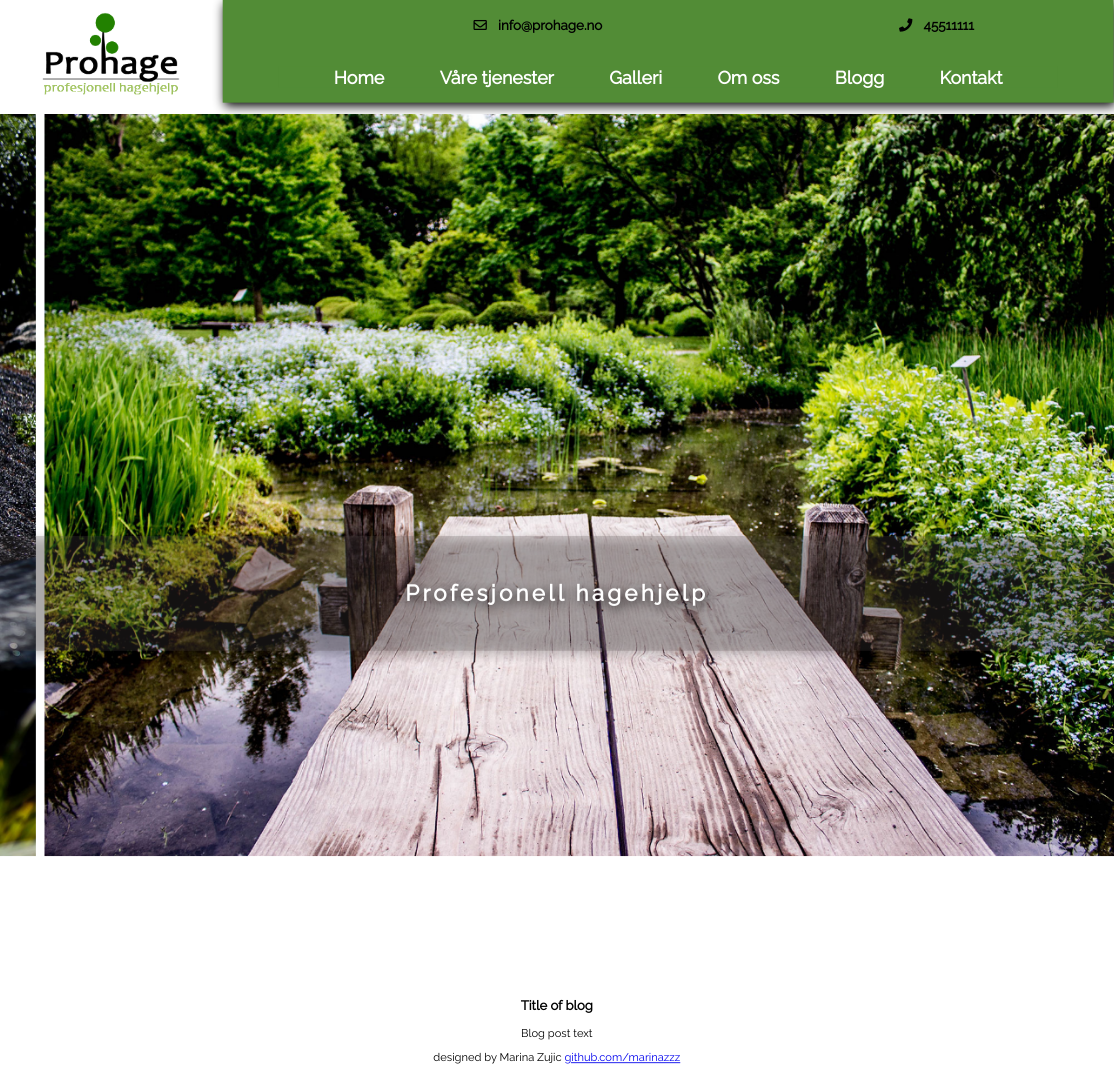
Repository: marinazzz/garden-design-website
Page: Garden design website/index.html
The author's editor kept a copy of each file at every save. The page is drawn from the files as they stood at one save, then again after the next save.
The browser window is 1280 px wide. The pictures show the whole page, at 87% of full size.

Above is the page before, as saved 2020-03-28 20:58:41.

### Garden design website/index.html
<!DOCTYPE html>
<html lang="nb">
<head>
    <title>Hagedesign Oslo</title>
    <link rel="stylesheet" type="text/css" href="CSS/fontawesome-free-5.12.1-web/css/all.min.css">
    <link rel="stylesheet" type="text/css" href="CSS/style.css"/>
    <link rel="stylesheet" type="text/css" href="CSS/min-width-768px.css">
    <link rel="stylesheet" type="text/css" href="CSS/min-width-992px.css">
    <link rel="stylesheet" href="https://cdnjs.cloudflare.com/ajax/libs/animate.css/3.7.2/animate.min.css">
    <link rel="stylesheet" type="text/css" href="PLUGINS/glide-master/dist/css/glide.core.min.css" />
    <link rel="stylesheet" type="text/css" href="PLUGINS/glide-master/dist/css/glide.theme.min.css" />
    <link href="https://fonts.googleapis.com/css?family=Raleway&display=swap" rel="stylesheet">
    <meta name="viewport" content="width=device-width, initial-scale=1" charset="UTF-8">
</head>
<body>
    <header class="header--white-green">
        <div class="container__menu--small container__menu "> <!--grid container-->
            <div class="container__logo"> <!--1.column-->
                <img class="logo"src="images/prohage black.png" alt="Prohage logo">
            </div>
            <div class="container__items--small container__items"> <!--2.column-->
                <div class="container__item"> <!--1.row-->
                     <a href="mailto:info@prohage.no"
                         class ="container__item-txt"><i class="far fa-envelope"></i>info@prohage.no</a>
                     <a href="tlf:45511111"
                         class="container__item-txt"><i class="fas fa-phone"></i>45511111</a>
                </div>
               <div class="container__item-bottom"> <!--2.row-->
                   <button class="menu__toggle">
                       <i class="fas fa-bars"></i>
                   </button>
                   <nav id="menu">
                        <ul class="menu__list">
                            <li class="menu__item">
                                <a class="menu__link" href="home">Home</a>
                            </li>
                            <li class="menu__item">
                                <a class="menu__link" href="#services">Våre tjenester</a>
                            </li>
                            <li class="menu__item">
                                <a class="menu__link" href="#gallery">Galleri</a>
                            </li>
                            <li class="menu__item">
                                <a class="menu__link" href="#about">Om oss</a>
                            </li>
                            <li class="menu__item">
                                <a class="menu__link" href="#blog">Blogg</a>
                            </li>
                            <li class="menu__item">
                                <a class="menu__link" href="kontakt">Kontakt</a>
                            </li>
                       </ul>
                   </nav>
               </div>
            </div>
        </div>
        <section id="main-photo">
            <div class="glide">
                <div class="glide__track"
                     data-glide-el="track">
                    <ul class="glide__slides">
                        <li class="glide__slide">
                            <img class="main-photo__item"
                            srcset="images/daylight-environment-garden-2000.jpg 2000w,
                                    images/daylight-environment-garden-1000.jpg 1000w"
                            sizes="(min-width: 1440px) 2000px, 100vw"
                            src="images/daylight-environment-garden-2000.jpg" alt="Garden and plants" >
                        </li>
                        <li class="glide__slide">
                            <img class="main-photo__item"
                            srcset="images/main-header-photo-2000.jpg 2000w,
                                    images/main-header-photo-1000.jpg 1000w"
                                    sizes="(min-width: 1440px) 2000px, 100vw"
                                    src="images/main-header-photo-2000.jpg" alt="Garden and plants" >
                                </li>
                        <li class="glide__slide">
                            <img class="main-photo__item"
                            srcset="images/header-photo-2000.jpg 2000w,
                                    images/header-photo-1000.jpg 1000w"
                            sizes="(min-width: 1440px) 2000px, 100vw"
                            src="images/header-photo-2000.jpg" alt="Garden designed by proffesional" >
                        </li>
                        <li class="glide__slide">
                            <img class="main-photo__item"
                            srcset="images/bloom-blooming-blur-2000.jpg 2000w,
                                    images/bloom-blooming-blur-1000.jpg 1000w"
                            sizes="(min-width: 1440px) 2000px, 100vw"
                            src="images/bloom-blooming-blur-2000.jpg" alt="Garden designed by proffesional" >
                        </li>
                    </ul>
                    <h1 class="animated slideInLeft slower main-photo__title">Profesjonell hagehjelp</h1>
                </div>
                <!--<div class="glide__arrows"
                         data-glide-el="controls">
                        <button class="glide__arrow glide__arrow--left"
                                data-glide-dir="<">
                            <i class="fas fa-chevron-circle-left"></i>
                        </button>
                        <button class="glide__arrow glide__arrow--right"
                                data-glide-dir=">">
                            <i class="fas fa-chevron-circle-right"></i>
                        </button>
                    </div>-->
            </div>

            <!--<img class="main-photo__item1"
                 srcset="images/architecture-clouds-daylight-2000.jpg 2000w,
                         images/architecture-clouds-daylight-1000.jpg 1000w"
                 sizes="(min-width: 1440px) 2000px, 100vw"
                 src="images/architecture-clouds-daylight-2000.jpg" alt="Garden">
            <img class="main-photo__item2"
                 srcset="images/header-photo-2000.jpg 2000w,
                         images/header-photo-1000.jpg 1000w"
                 sizes="(min-width: 1440px) 2000px, 100vw"
                 src="images/header-photo-2000.jpg" alt="Garden designed by proffesional" >
            <img class="main-photo__item3"
                 srcset="images/main-header-photo-2000.jpg 2000w,
                         images/main-header-photo-1000.jpg 1000w"
                 sizes="(min-width: 1440px) 2000px, 100vw"
                 src="images/main-header-photo-2000.jpg" alt="Garden and plants" >
            <h1 class="main-photo__title">Profesjonell hagehjelp</h1>-->
        </section>
     </header>
     <main>
         <section id="services">

         </section>
         <section id="gallery">

        </section>
         <article id="blog-posts">
             <h3>Title of blog</h2>
             <p>Blog post text</p>
         </article>
         <section id="about oss">

        </section>
     </main>
     <footer>
	     <p>designed by Marina Zujic
		     <a href="https://github.com/marinazzz">github.com/marinazzz</a>
	     </p>
     </footer>
     <script src="PLUGINS/glide-master/dist/glide.min.js"></script>
     <script>
        new Glide('.glide', {
            type: 'carousel',
            autoplay: true,
            hoverpause: false,
            perView: 1,
            animationDuration: 8000
        }).mount()
      </script>
     <script src="JS/js-app.js"></script>
</body>
</html>

### Garden design website/CSS/style.css
html {
  font-size: 62.5%;
}

body {
  margin: 0;
  padding: 0;
  text-align: center;
  box-sizing: border-box;
  font-family: 'Raleway', sans-serif;
}

       /*__ HEADER__ */

/*color styles*/
.header--white-green {
  --header-bg-color: #528C36;
  --header-link-color: black;
  --header-menu-link: #fff;
  --header-toggle-color: #528C36;
}

/*main style*/
.container__menu--small {
  display: flex;
  justify-content: space-around;
}

.logo {
  max-height: 8rem;
}

.container__items--small {
  display: grid;
  grid-template-rows: 1fr 1fr;
  align-content: flex-end;
  width: 250px;
}

.container__item {
  align-self: center;
}

.container__item, .container__item-bottom {
  text-align: end;
}

.container__item-txt {
  color: var(--header-link-color);
  text-decoration: none;
  font-size: 1.2rem;
}

.container__item > a:first-of-type {
  padding-right: 1.6rem;
}

.container__item-bottom > nav {
  text-align: center;
}

.menu__toggle {
  color: var(--header-bg-color);
  box-sizing: border-box;
  border: none;
  background-color: transparent;
  outline: none;
  font-size: 3rem;
  line-height: 0;
  padding: 0.5rem;
  color: var(--header-toggle-color);
  position: relative;
  z-index: 100;
}

.fa-phone, .fa-envelope {
  margin-right: 1rem;
}


/* MENU */

#menu {
  position: absolute;
  top: auto;
  left: 0;
  width: 100%;
  padding-top: 1rem;
  background-color: var(--header-bg-color);
  z-index: 20;
}

.menu__list {
  padding: 0;
  margin: 0;
  display: flex;
  flex-direction: column;
}

.menu__item {
  display: block;
  margin-bottom: 1rem;
}

.menu__link {
  color: var(--header-menu-link);
  text-decoration: none;
  font-size: 1.6rem;
}

.menu-opened {
  display: none;
}


/*FOR SMALL DEVICES*/

@media screen and (max-width: 420px) {

  .logo {
    max-height: 7rem;
  }

  .container__items--small {
    width: auto;
    align-self: center;
  }

  .container__item > a:first-of-type {
    padding-right: 1.3rem;
  }

  .container__item {
    text-align: center;
  }

  .fa-phone, .fa-envelope {
    margin-right: 0.3rem;
  }
}

/* MAIN PICTURE */

#main-photo {
  position: relative;
}

.main-photo__item {
   width: 100%;
}

/* GLIDE SLIDER CSS OVERRIDES */
#main-photo .glide__arrow  {
  font-size: 4rem;
  padding: 0;
  border-color: transparent;
  box-shadow: none;
  border-radius: 50%;
  line-height: 0;
  transition: all 200ms ease-in-out;
}

#main-photo .glide__arrow:hover {
  border-color: #252525;
  color: #252525;
}

.glide {
  margin-block-end: 0;
}

.main-photo__title {
  position: relative;
  color: white;
  background-color:#524a4a3b;
  filter: drop-shadow(2px 4px 6px black);
  padding: 4rem;
  margin: auto;
  bottom: 25rem;
  font-size: x-large;
  letter-spacing: 0.3rem;
  animation-duration: 10s;
  animation-iteration-count: initial;
}

/*#main-photo {
  position: relative;
}

.main-photo__item {
   width: 100%;
}

.main-photo__title {
  position: absolute;
  bottom: 1rem;
  left: 20rem;
  font-size: 2rem;
}*/



/*1. COLOR OPTION*/
/* CSS variables*/
/* :root {
  --header-bg-color: #4daa57;
  --header-top-bg-color: #252525;
  --header-toggle-color: #fff;
}*/

/*.top-header__item {
  color: var(--header-link-color);
  text-decoration: none;
  font-size: 1.4rem;
}*/


/*------MAIN----------*/

### Garden design website/CSS/min-width-768px.css
@media screen and (min-width: 768px) {

  html {
    font-size: 70%;
  }

   /* HEADER */

   .container__menu {
    display: grid;
    grid-template-columns: 2fr 80%;;
  }

  .logo {
    z-index: 100;
  }

  .container__items {
    display: grid;
    grid-template-rows: 1fr 1fr;
    background: var(--header-bg-color);
    width: auto;
    filter: drop-shadow(2px 4px 6px black);
  }

  .container__item {
    align-self: center;
    display: flex;
    justify-content: space-around;
    /*padding-left: 23rem;*/
  }

  .container__item-bottom {
    display: flex;
    align-items: center;
  }

  .menu__toggle {
    display: none;
  }

  /* NAVIGATION */

  .menu-opened .menu__item .menu__link {
    display: block;
  }

  #menu {
    display: block;
    position: static;
    padding: 0;
    top: 0;
  }

  .menu__list {
    flex-direction: row;
    justify-content: space-evenly;
  }

  .menu__item {
    margin: 0;
  }

  .menu__item:hover {
    background-color:#272727;
  }

  .menu__link:active {
    color:black;
  }

  .menu__link, .container__item-txt {
    font-weight: bold;
  }


  /* color styles */

  :root {
    /*header*/
    --header-bg-color:#528C36;
    --link-color: #FCFDF9;
  }

  /* MAIN PHOTO */

  .main-photo__title {
    bottom: 30rem;
    font-size: 2rem;
    letter-spacing: 0.3rem;
}

}

### Garden design website/CSS/min-width-992px.css
@media screen and (min-width: 992px) {
    html {
        font-size: 80%;
    }

   /* HEADER */

    .logo {
        max-height: 9rem;
    }

    .container__item {
        padding-left: 10rem;
    }

    .container__item-bottom {
        padding: 0 5rem;
    }
}

@media screen and (min-width: 1440px) {

    /* HEADER */

    .container__item {
        padding-left: 22rem;
    }

    /* MAIN PHOTO */

    .main-photo__title {
        bottom: 50rem;
        font-size: 3rem;
        letter-spacing: 0.5rem;
    }
}

@media screen and (min-width: 2560px) {

    .logo {
        max-height: 12rem;
    }

    .container__item {
        justify-self: center;
    }

    .container__item > a:first-of-type {
        padding: 0 13rem;
    }

    .container__item-bottom {
        padding: 0 40rem;
    }
}

### Garden design website/JS/js-app.js
let mainNav = document.getElementById("menu");

let navBarToggle = document.querySelector(".menu__toggle");

navBarToggle.addEventListener("click", function () {

    mainNav.classList.toggle("menu-opened");
});

Loaded but not shown: Garden design website/CSS/fontawesome-free-5.12.1-web/css/all.min.css (library); Garden design website/PLUGINS/glide-master/dist/css/glide.core.min.css (common file); Garden design website/PLUGINS/glide-master/dist/css/glide.theme.min.css (common file); Garden design website/PLUGINS/glide-master/dist/glide.min.js (library)

After the next save:
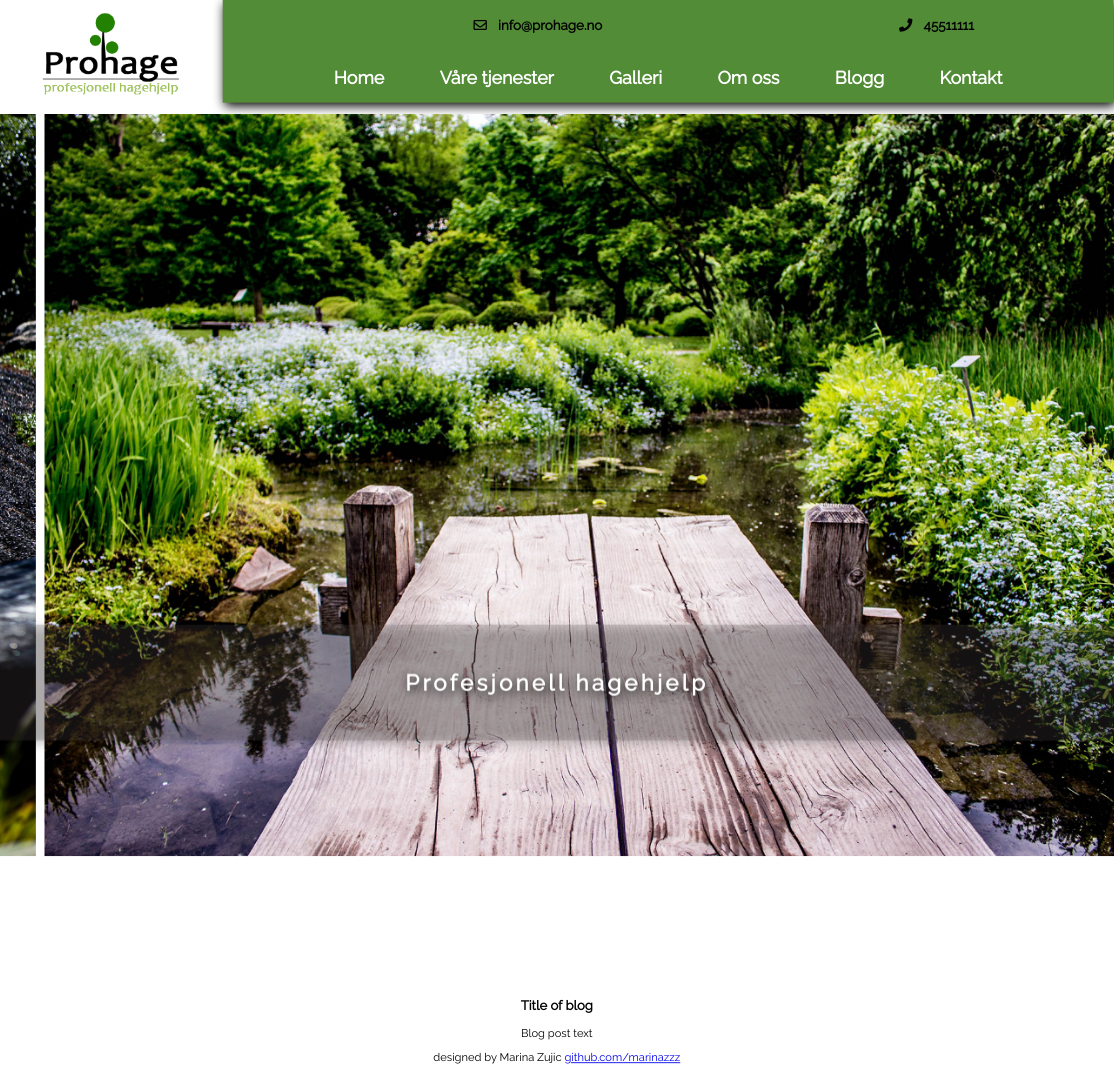
Saved 21 s later.
--- a/Garden design website/CSS/min-width-768px.css
+++ b/Garden design website/CSS/min-width-768px.css
@@ -85,7 +85,7 @@
   /* MAIN PHOTO */
 
   .main-photo__title {
-    bottom: 30rem;
+    bottom: 22rem;
     font-size: 2rem;
     letter-spacing: 0.3rem;
 }

After the save that followed:
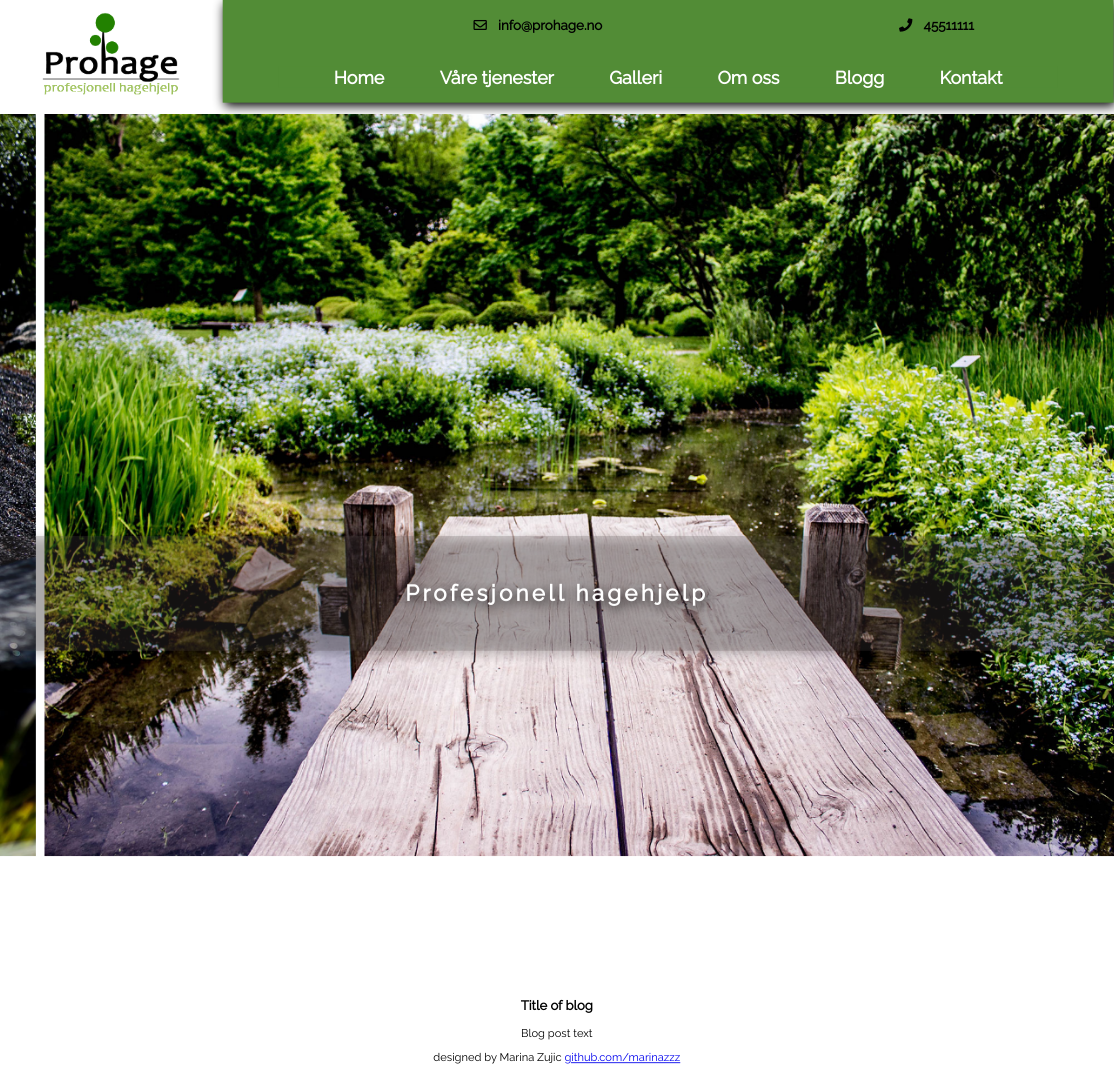
Saved 7 s later.
--- a/Garden design website/CSS/min-width-768px.css
+++ b/Garden design website/CSS/min-width-768px.css
@@ -85,7 +85,7 @@
   /* MAIN PHOTO */
 
   .main-photo__title {
-    bottom: 22rem;
+    bottom: 30rem;
     font-size: 2rem;
     letter-spacing: 0.3rem;
 }
